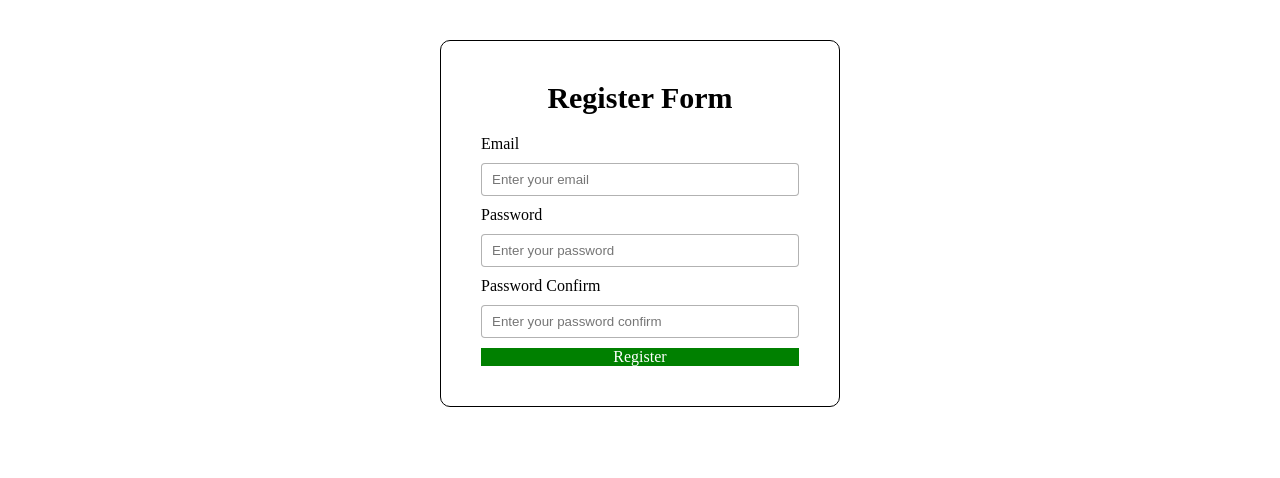
Repository: nptg3105/Register-form
Page: index.html
An editor plug-in stored every save of this project. The page is shown before and after the next save, followed by the edit.
The browser window is 1280 px wide. The pictures show the whole page.
Some web libraries are served in a nearby version.

Above is the page before, as saved 2022-01-05 21:58:54.

### index.html
<!DOCTYPE html>
<html lang="en">
  <head>
    <meta charset="UTF-8" />
    <meta http-equiv="X-UA-Compatible" content="IE=edge" />
    <meta name="viewport" content="width=device-width, initial-scale=1.0" />
    <title>Document</title>
    <link rel="stylesheet" href="style.css" />
  </head>
  <body>
    <div id="register-form"></div>

    <script
      src="https://unpkg.com/react@17/umd/react.production.min.js"
      crossorigin
    ></script>
    <script
      src="https://unpkg.com/react-dom@17/umd/react-dom.production.min.js"
      crossorigin
    ></script>
    <script src="https://unpkg.com/babel-standalone@6/babel.min.js"></script>
    <script type="text/babel" src="main.js"></script>
  </body>
</html>

### style.css
* {
  box-sizing: border-box;
  margin: 0;
  padding: 0;
}
.register {
  background-color: #fff;
  max-width: 400px;
  margin: 40px auto;
  padding: 40px;
  border: 1px solid #000;
  border-radius: 10px;
}
.title {
  text-align: center;
  font-weight: bold;
  font-size: 30px;
  margin-bottom: 20px;
}
#email,
#password,
#password-confirm {
  margin: 10px 0;
  width: 100%;
  padding: 8px 50px 8px 10px;
  border-radius: 4px;
  border: 1px solid rgba(0, 0, 0, 0.3);
}
.btn {
  text-decoration: none;
  background-color: #008000;
  text-align: center;
  color: white;
  width: 100%;
  display: block;
}

### main.js
const registerForm = document.querySelector("#register-form");
const form = (
  <div className="register">
    <h2 className="title">Register Form</h2>
    <form>
      <label for="email">Email</label>
      <br />
      <input
        placeholder="Enter your email"
        type="email"
        id="email"
        name="mail"
      />
      <br />
      <label for="password">Password</label>
      <br />
      <input
        placeholder="Enter your password"
        type="password"
        id="password"
        name="pass"
      />
      <br />
      <label for="password-confirm">Password Confirm</label>
      <br />
      <input
        placeholder="Enter your password confirm"
        type="password"
        id="password-confirm"
        name="pass-confirm"
      />
    </form>
    <a href="#" className="btn">
      Register
    </a>
  </div>
);
ReactDOM.render(form, registerForm);

After the next save:
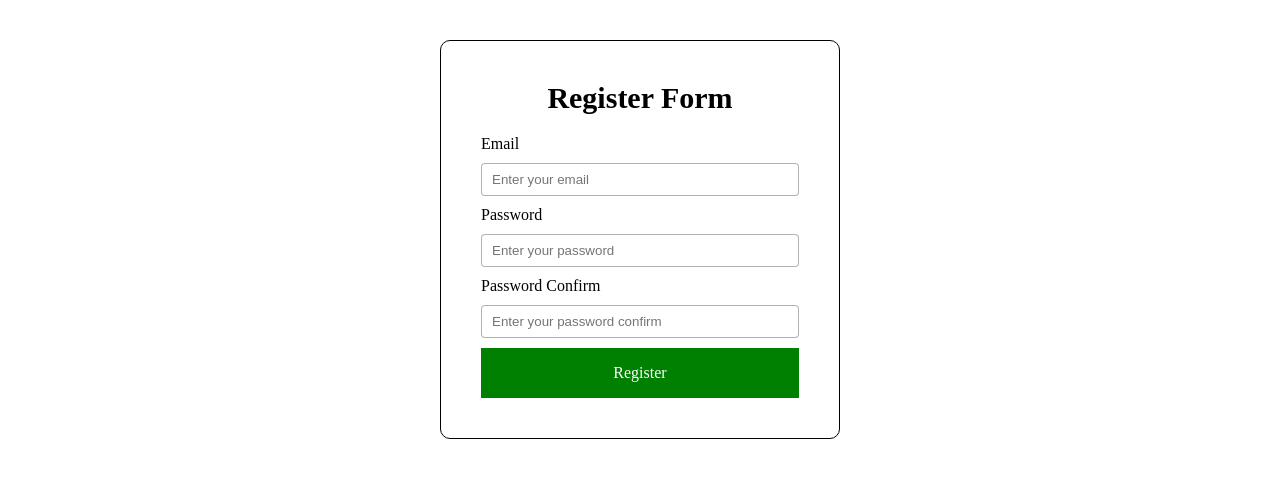
Saved 10 s later.
--- a/style.css
+++ b/style.css
@@ -33,4 +33,5 @@
   color: white;
   width: 100%;
   display: block;
+  padding: 16px 0;
 }
